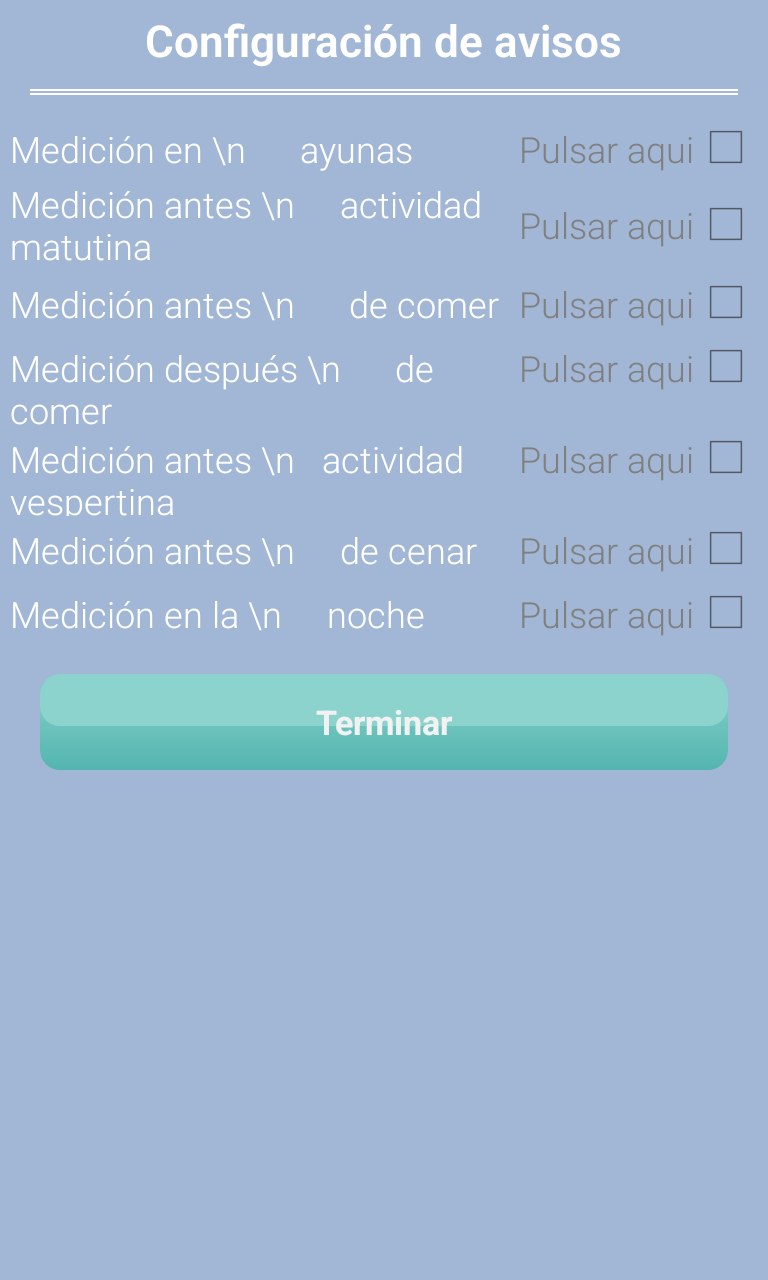
Repository: HectorGarciaMiguel/ssii-diabetes-060036
Layout: SeguimientoDiabetes/res/layout/activity_configuracion4.xml
The author's editor kept a copy of each file at every save. The layout is drawn from the files as they stood at one save, then again after the next save.
It is drawn on a 768 x 1280 px phone screen (xhdpi) without system bars, with theme AppTheme; the app's code is not run.

Above is the layout before, as saved 2015-11-20 18:15:17.

After the next save:
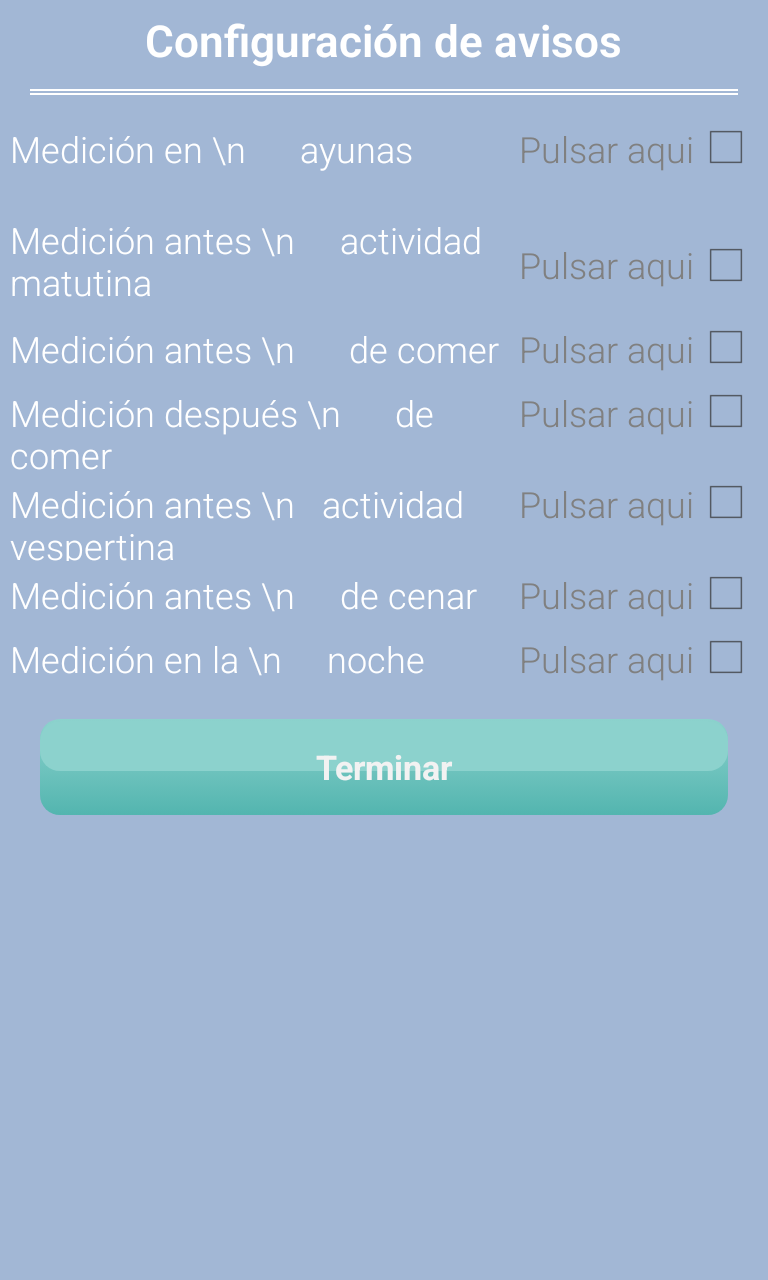
Saved 95 s later.
--- a/SeguimientoDiabetes/res/layout/activity_configuracion4.xml
+++ b/SeguimientoDiabetes/res/layout/activity_configuracion4.xml
@@ -52,14 +52,13 @@
 
     <TableRow
         android:layout_width="fill_parent"
-        android:layout_height="0dp"
-        android:layout_gravity="center"
-        android:layout_weight="1" >
+        android:layout_height="wrap_content"
+        android:layout_gravity="center" >
 
         <TextView
             android:id="@+id/TextView06"
             android:layout_width="wrap_content"
-            android:layout_height="wrap_content"
+            android:layout_height="50dp"
             android:text="Medición en \n      ayunas" />
 
         <TextView
@@ -83,7 +82,7 @@
         <TextView
             android:id="@+id/TextView05"
             android:layout_width="wrap_content"
-            android:layout_height="wrap_content"
+            android:layout_height="50dp"
             android:text="Medición antes \n     actividad matutina" />
 
         <TextView
